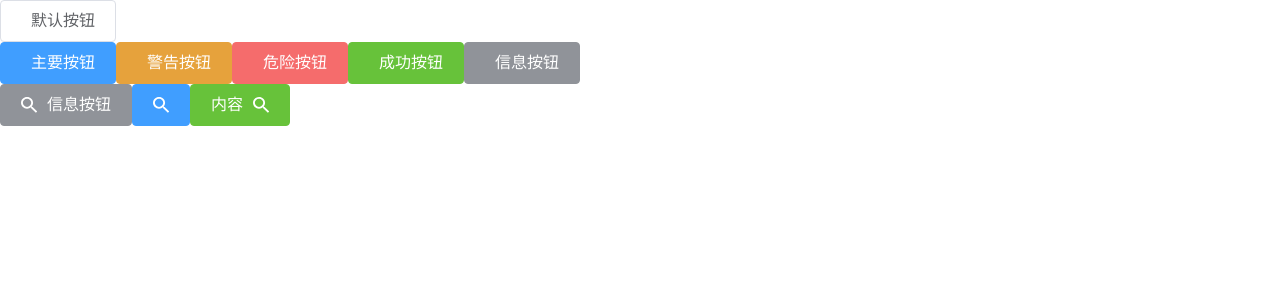
Repository: onlyadaydreamer/dreamer-ui
Page: /
An editor plug-in stored every save of this project. The page is shown before and after the next save, followed by the edit.
The browser window is 1280 px wide. The pictures show the whole page.
The project was rebuilt for these pictures with package versions that can differ from the ones it lists, and the page was loaded fresh each time. Also part of the build but not shown: src/styles/icon.js, src/packages/index.js.

Above is the page before, as saved 2020-05-13 15:49:55.

### src/main.js
import Vue from 'vue'
import App from './App.vue'

Vue.config.productionTip = false

import dreamerUI from './packages/index';
Vue.use(dreamerUI);

new Vue({
  render: h => h(App),
}).$mount('#app')

### src/App.vue
<template>
    <div id="app">
        <!-- 默认按钮 -->
        <dreamer-button>默认按钮</dreamer-button>
        <br />
        <!-- 带类型的按钮 -->
        <dreamer-button type="primary">主要按钮</dreamer-button>
        <dreamer-button type="warning">警告按钮</dreamer-button>
        <dreamer-button type="danger">危险按钮</dreamer-button>
        <dreamer-button type="success">成功按钮</dreamer-button>
        <dreamer-button type="info">信息按钮</dreamer-button>
        <br />
        <!-- 带icon的按钮 -->
        <dreamer-button type="info" icon="search">信息按钮</dreamer-button>
        <dreamer-button type="primary" icon="search"></dreamer-button>
        <dreamer-button type="success" icon="search" icon-position="right">内容</dreamer-button>
        <br />
    </div>
</template>

<script>

export default {

}
</script>

<style lang="scss">
</style>

### src/packages/button.vue
<template>
    <button class="dreamer-button" :class="btnClass">
        <dreamer-icon v-if="icon" :icon="icon" class="icon"></dreamer-icon>
        <!--有可能不写文案-->
        <span v-if="this.$slots.default">
            <slot></slot>
        </span>
    </button>
</template>

<script>
export default {
    name: 'dreamer-button',
    props: {
        type: {
            type: String,
            default: '',
            validator(type) {
                if (type && !['primary', 'success', 'warning', 'info', 'danger'].includes(type)) {
                    console.error('type类型必须为' + ['primary', 'success', 'warning', 'info', 'danger'].join('、'));
                }
                return true;// 最终都通过校验
            }
        },
        icon: {
            type: String
        },
        iconPosition: {
            type: String,
            default: 'left',
            validator(position) {
                if (position && !['primary', 'success', 'warning', 'info', 'danger'].includes(position)) {
                    console.error('position必须为' + ['left', 'right'].join('、'));
                }
                return true;
            }
        }
    },
    computed: {
        btnClass() {
            let classes = [];
            if (this.type) {
                classes.push(`dreamer-button-${this.type}`);
            }
            if (this.iconPosition) {
                classes.push(`dreamer-button-${this.iconPosition}`);
            }
            return classes;
        }
    }
}
</script>

<style lang="scss">
@import "../styles/_var.scss";
$height: 42px;
$font-size: 16px;
$color: #606266;
$border-color: #dcdfe6;
$background: #ecf5ff;
$active-color: #3a8ee6;

.dreamer-button {
    border-radius: $border-radius;
    border: 1px solid $border-color;
    color: $color;
    background: #fff;
    height: $height;
    cursor: pointer;
    font-size: $font-size;
    line-height: 1;
    padding: 12px 20px;
    display: inline-flex;
    justify-content: center;
    vertical-align: middle;
    &:hover {
        border-color: $border-color;
        background-color: $background;
    }
    &:focus,
    &:active {
        color: $active-color;
        border: 1px solid $active-color;
        outline: none;
        background-color: $background;
    }
    //   &-primary {}
    //   &-success {}
    //    ... 这么一遍一遍写太麻烦
    @each $type,
        $color
            in (
                primary: $primary,
                success: $success,
                info: $info,
                warning: $warning,
                danger: $danger
            )
    {
        &-#{$type} {
            background: #{$color};
            border: 1px solid #{$color};
            color: #fff;
            fill: #fff;// 设置填充内容的颜色
        }
    }
    @each $type,
        $color
            in (
                primary: $primary-hover,
                success: $success-hover,
                info: $info-hover,
                warning: $warning-hover,
                danger: $danger-hover
            )
    {
        &-#{$type}:hover {
            background: #{$color};
            border: 1px solid #{$color};
            color: #fff;
        }
    }
    @each $type,
        $color
            in (
                primary: $primary-active,
                success: $success-active,
                info: $info-active,
                warning: $warning-active,
                danger: $danger-active
            )
    {
        &-#{$type}:active,
        &-#{$type}:focus {
            background: #{$color};
            border: 1px solid #{$color};
            color: #fff;
        }
    }
    .icon {
        width: 16px;
        height: 16px;
    }

    &-left {// 通过order控制顺序
        svg{order: 1};
        span {order: 2; margin-left: 10px;};
    }
    &-right {
        svg{order: 2};
        span {order: 1; margin-right: 10px;};
    }
}
</style>

### src/packages/icon.vue
<template>
   <svg class="dreamer-icon" aria-hidden="true">
        <use :xlink:href="`#icon-${icon}`"></use>
    </svg>
</template>

<script>
import '../styles/icon';
export default {
    name: 'dreamer-icon',
    props: {
        icon: {
            type: String,
            required: true
        }
    }
}
</script>

<style lang="scss">
.dreamer-icon {
       width: 25px;
       height: 25px;
       vertical-align: middle;
    }
</style>

### src/styles/_var.scss
$border-radius: 4px;

$primary: #409EFF;
$success: #67C23A;
$warning: #E6A23C;
$danger: #F56C6C;
$info: #909399;

$primary-hover: #66B1FF;
$success-hover: #85CE61;
$warning-hover: #EBB563;
$danger-hover: #F78989;
$info-hover: #A6A9AD;

$primary-active: #3A8EE6;
$success-active: #5DAF34;
$warning-active: #CF9236;
$danger-active: #DD6161;
$info-active: #82848A;

* {
    padding: 0;
    margin: 0;
    box-sizing: border-box;
}

Loaded but not shown: public/index.html (common file)

After the next save:
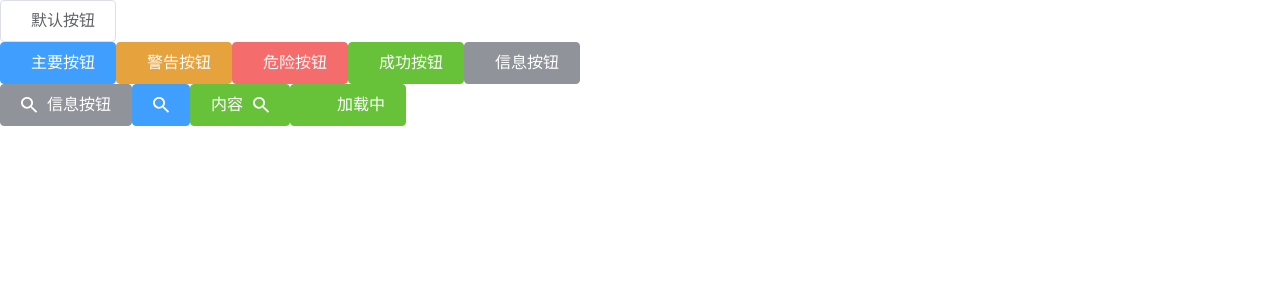
Saved 16 h 56 min later.
--- a/src/App.vue
+++ b/src/App.vue
@@ -14,6 +14,7 @@
         <dreamer-button type="info" icon="search">信息按钮</dreamer-button>
         <dreamer-button type="primary" icon="search"></dreamer-button>
         <dreamer-button type="success" icon="search" icon-position="right">内容</dreamer-button>
+        <dreamer-button type="success" icon="loading">加载中</dreamer-button>
         <br />
     </div>
 </template>
